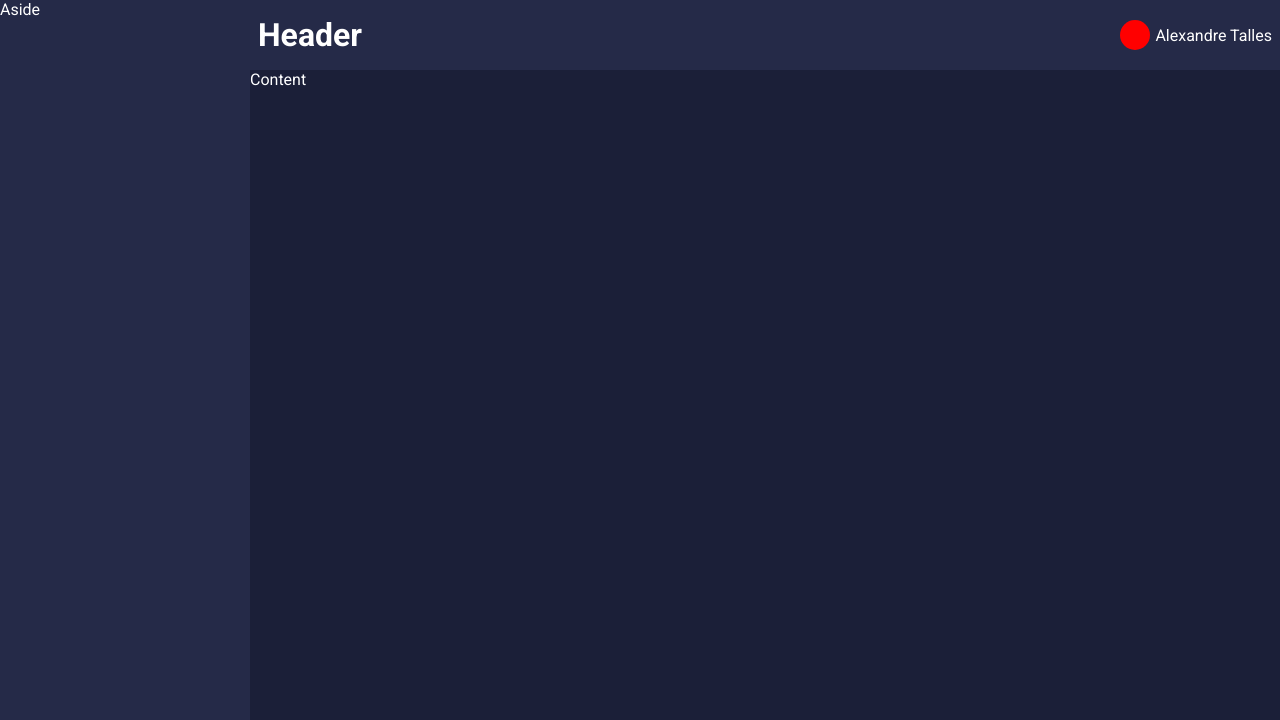
Repository: XFERRER7/dashboard
Page: /
These files come from the project's save history. The page is drawn as it stood at one moment and after the next save; the edit follows.
The browser window is 1280 px wide. The pictures show the whole page.
The project was rebuilt for these pictures with package versions that can differ from the ones it lists, and the page was loaded fresh each time. Also part of the build but not shown: vite.config.ts.

Above is the page before, as saved 2022-07-07 15:47:26.

After the next save:
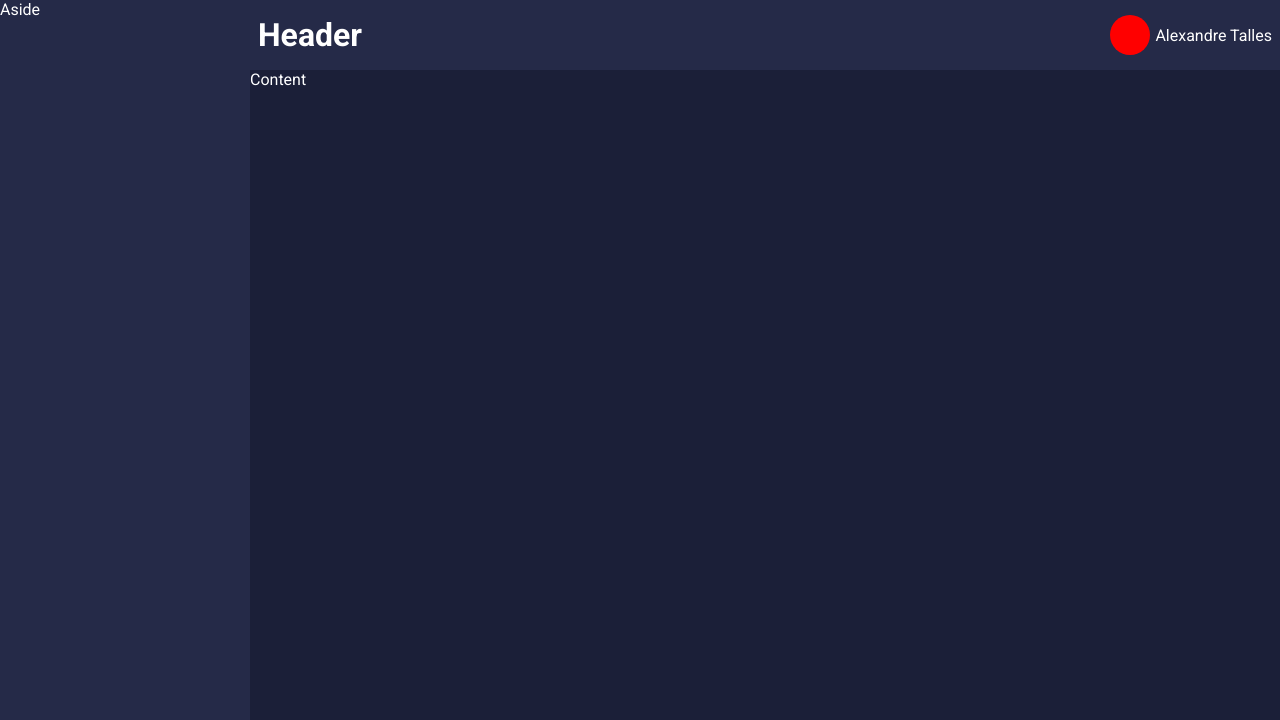
Saved 20 s later.
--- a/src/components/MainHeader/Styles.ts
+++ b/src/components/MainHeader/Styles.ts
@@ -22,8 +22,8 @@ export const UserName = styled.div`
 `
 
 export const ImgUser = styled.div`
-  height: 30px;
-  width: 30px;
+  height: 40px;
+  width: 40px;
   border-radius: 50%;
   background-color: red;
 `
